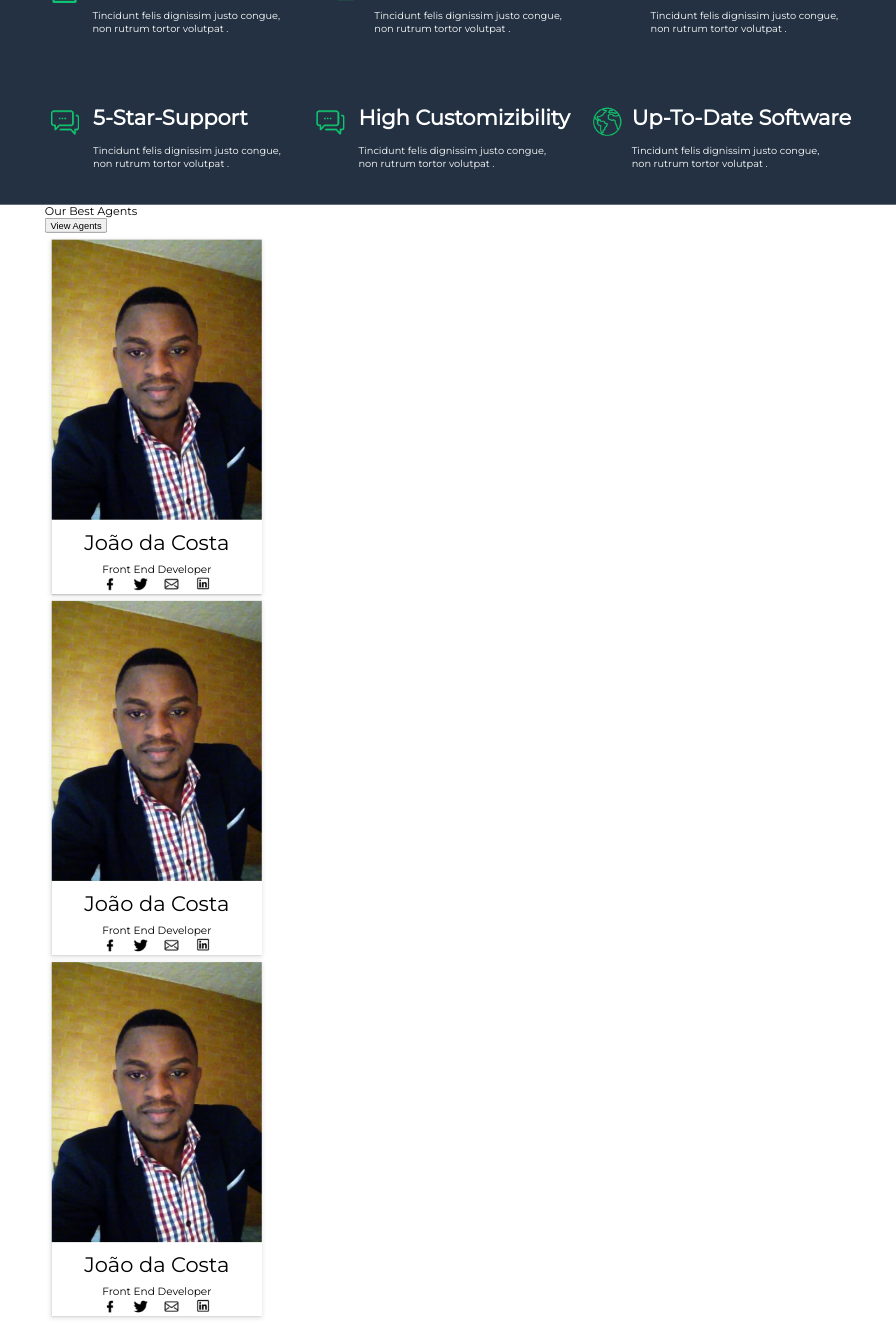
Repository: Yowani24/Real-Estate2
Page: index.html
These files come from the project's save history. The page is drawn as it stood at one moment and after the next save; the edit follows.
The browser window is 1280 px wide. The pictures show the part of the page from y = 1469 to 3389 px (the page is 3359 px tall before and 3389 px after), at 70% of full size.
Some web fonts or font styles are not loaded; a fallback is used.

Above is the page before, as saved 2021-08-27 15:20:06.

### index.html
<!DOCTYPE html>
<html lang="en">
<head>
    <meta charset="UTF-8">
    <meta http-equiv="X-UA-Compatible" content="IE=edge">
    <meta name="viewport" content="width=device-width, initial-scale=1.0">
    <title>Real State</title>
    <link rel="stylesheet" href="styles.css">

    <!-- ============FONT-FAMILY============== -->
    <link rel="preconnect" href="https://fonts.googleapis.com">
    <link rel="preconnect" href="https://fonts.gstatic.com" crossorigin>
    <link href="https://fonts.googleapis.com/css2?family=Montserrat&family=Rozha+One&display=swap" rel="stylesheet">

    <!-- ======================VUELS CDN=================== -->
    <script src="https://cdn.jsdelivr.net/npm/vue@2"></script>

</head>
<body>
    <Header>
        <div class="interface_wrapper header_wrapper">
            <div class="logo_box">
                <img src="/images/realLogo.png" alt="">
                <p><span>Real</span> Estate</p>
            </div>

            <div class="menu">
                <nav>
                    <ul>
                        <li><a href="#">Home</a></li>
                        <li><a href="#">About</a></li>
                        <li><a href="#">Agents</a></li>
                        <li><a href="#">Price</a></li>
                        <li><a href="#">Blog</a></li>
                    </ul>
                </nav>
            </div>
        </div>
    </Header>

    <section class="showcase_sec">
        <div class="interface_wrapper showcase">
            <p>Give Life For Your <br/>Dream <span>Home</span></p>
            <p>Always on the lookout for the hi-tech advancements.  Build not only a product that can sell well, but a platform through which to deliver it.</p>

            <div class="btns_box">
                <button>Read more</button>
                <button>Contact Us</button>
            </div>
        </div>
    </section>

    <section class="about_us_sec">
        <div class="interface_wrapper about_us">
            <p><span>About</span> Us</p>
            <p>A modern and unique style </p>

            <div id="app">
                <div v-for="item in items">
                    <img :src="item.ima" alt="">
                    <p>{{item.desc}}</p>
                </div>
            </div>
        </div>
    </section>

    <section class="services_sec">
        <div id="services" class="interface_wrapper services">
            <div class="services_box" v-for="item in items">
                <img :src="item.ima" alt="">
                <div>
                    <p>{{item.titulo}}</p>
                    <p>{{item.desc}}</p>
                </div>
            </div>
        </div>
    </section>

    <section class="best_agents_sec">
        <div class="interface_wrapper best_agents">
            <div id="bestAgents">
                <div>
                    <p>Our Best Agents</p>
                    <button>View Agents</button>
                </div>
                <div class="agents_box" v-for="item in items">
                    <div class="agents_image_box">
                        <img :src="item.ima" alt="">
                    </div>
                    <p>{{item.name}}</p>
                    <p>{{item.office}}</p>
                    <div class="agents_social">
                        <img src="/images/facebook.png" alt="">
                        <img src="/images/twitter.png" alt="">
                        <img src="/images/email.png" alt="">
                        <img src="/images/linkedin.png" alt="">
                    </div>
                </div>
            </div>
        </div>
    </section>



    <script>
        var app = new Vue({
            el: '#app',
            data: {
                items: [
                    {ima:'https://images.unsplash.com/photo-1583231684537-bd79dc887244?ixlib=rb-1.2.1&ixid=MnwxMjA3fDB8MHxwaG90by1yZWxhdGVkfDZ8fHxlbnwwfHx8fA%3D%3D&auto=format&fit=crop&w=500&q=60', desc:'Tomin Villa Denmarkd'},
                    {ima:'https://images.unsplash.com/photo-1613490493576-7fde63acd811?ixlib=rb-1.2.1&ixid=MnwxMjA3fDB8MHxwaG90by1yZWxhdGVkfDV8fHxlbnwwfHx8fA%3D%3D&auto=format&fit=crop&w=500&q=60', desc:'Financial Office Romania'},
                    {ima:'https://images.unsplash.com/photo-1416331108676-a22ccb276e35?ixlib=rb-1.2.1&ixid=MnwxMjA3fDB8MHxwaG90by1yZWxhdGVkfDJ8fHxlbnwwfHx8fA%3D%3D&auto=format&fit=crop&w=500&q=60', desc:'Cruzz Villa Spain'},
                ]
            }
        });

        var app = new Vue({
            el: '#services',
            data: {
                items: [
                    {ima:'/images/SEO_Ready_Code.png', titulo:'SEO Ready Code', desc:'Tincidunt felis dignissim justo congue, non rutrum tortor volutpat .'},
                    {ima:'/images/Fully_Responsive.png', titulo:'Fully Responsive', desc:'Tincidunt felis dignissim justo congue, non rutrum tortor volutpat .'},
                    {ima:'/images/Awesome_Features.png', titulo:'Awesome Features', desc:'Tincidunt felis dignissim justo congue, non rutrum tortor volutpat .'},
                    {ima:'/images/5-Star-Support.png', titulo:'5-Star-Support', desc:'Tincidunt felis dignissim justo congue, non rutrum tortor volutpat .'},
                    {ima:'/images/5-Star-Support.png', titulo:'High Customizibility', desc:'Tincidunt felis dignissim justo congue, non rutrum tortor volutpat .'},
                    {ima:'/images/Up-To-Date Software.png', titulo:'Up-To-Date Software', desc:'Tincidunt felis dignissim justo congue, non rutrum tortor volutpat .'},

                ]
            }
        });

        var app = new Vue({
            el: '#bestAgents',
            data: {
                items: [
                    {ima:'/images//www.jpg', name:'João da Costa', office:'Front End Developer'},
                    {ima:'/images//www.jpg', name:'João da Costa', office:'Front End Developer'},
                    {ima:'/images//www.jpg', name:'João da Costa', office:'Front End Developer'},


                ]
            }
        });

    </script>
</body>
</html>

### styles.css
*{
    margin: 0;
}

body{
    padding: 0;
    top: 0;
    left: 0;
    font-family: 'Montserrat', sans-serif;
}
.interface_wrapper{
    width: 90%;
    margin: 0 auto;
}

/* ======================HEADER======================= */
Header{
    background: rgb(23,34,47);
    color: #FFFFFF;
    padding: 10px 0;

}
.header_wrapper{
    display: flex;
    justify-content: space-between;
    align-items:center;
}
.logo_box{
    display: flex;
    align-items: center;
}
.logo_box p{
    font-size: 40px;
    font-weight: 400;
    font-family: 'Rozha One', serif;

}
.logo_box span{
    color: rgb(10, 199, 117);
}
Header .menu nav ul{
    display: flex;
    padding: 0;
}
Header .menu nav li{
    list-style: none;
    margin: 0 20px;
}
Header .menu nav a{
    text-decoration: none;
    color: #FFFFFF;
    font-size: 19px;

}

/* ======================SHOWCASE_SECTION======================= */
.showcase_sec{
    padding-top: 150px;
    padding-bottom: 100px;
    background-image: url('https://images.unsplash.com/photo-1544890603-cf0ce2d65561?ixlib=rb-1.2.1&ixid=MnwxMjA3fDB8MHxwaG90by1wYWdlfHx8fGVufDB8fHx8&auto=format&fit=crop&w=750&q=80');
    background-repeat: no-repeat;
    background-position: center;
    background-size: cover;
}
.showcase p:nth-child(1) {
    font-size: 85px;
    font-family: 'Rozha One', serif;
    width: 800px;
    border-left: 3px solid rgb(10, 199, 117);
    padding-left: 10px;
    line-height: 1;
    margin: 0 auto;
    color: #FFFFFF;

}
.showcase p:nth-child(1) span {
    color: rgb(10, 199, 117);
}

.showcase p:nth-child(2) {
    font-size: 16px;
    color: rgb(255, 255, 255);
    width: 650px;
    line-height: 2;
    margin-top: 75px;
}

.btns_box{
    margin-top: 40px;
}
.btns_box button {
    border: 2px solid rgb(10, 199, 117);
    padding: 0 45px;
    height: 55px;
    font-size: 16px;
    border-radius: 50px;
    font-weight: 500;
    color: #FFFFFF;
    line-height: 19px;
    cursor: pointer;
}

.btns_box button:nth-child(1) {
    background: rgb(10, 199, 117);
}
.showcase button:nth-child(2) {
    color:#FFFFFF;
    margin-left: 10px;
    background: none;
}


/* ======================ABOUT US======================= */
.about_us_sec{
    padding-bottom: 50px;
}
.about_us {
    display: flex;
    flex-direction: column;
}
.about_us p:nth-child(1) {
    font-size: 40px;
    border-left: 3px solid rgb(10, 199, 117);
    padding-left: 10px;
    margin: 0 auto;
    margin-top: 100px;
    margin-bottom: 10px;

}
.about_us p:nth-child(1) span {
    color: rgb(10, 199, 117);
}

.about_us p:nth-child(2) {
    font-size: 22px;
    font-style: italic;
    text-align: center;
    margin-bottom: 100px;
}

#app{
    display: flex;
    align-items: center;
    justify-content: space-between;
    width: 100%;
}
#app img{
    width: 200px;
    height: 200px;
    border-radius:100%;
}
#app p{
    text-align: center;
    font-size: 25px;
    width: 200px;
    margin: 0 auto;
    margin-top: 20px;
    font-style: normal;
}


/* ======================SERVICES======================= */

.services_sec{
    background: rgb(35, 49, 66);
    color: rgb(255, 255, 255);
}
.services{
    display: flex;
    flex-wrap: wrap;
    justify-content: space-between;
}
.services_box{
    display: flex;
    margin: 50px 0;
    align-items: flex-start;
}
.services_box img{
    margin-right: 10px;
}
.services_box p:nth-child(1){
    font-size: 30px;
    font-weight: bold;
}
.services_box p:nth-child(2){
    font-size: 14px;
    width: 280px;
    margin-top: 20px;
}



/* ======================OUR BEST AGENTS======================= */


.agents_box{
    width: 300px;
    box-shadow: rgba(60, 64, 67, 0.3) 0px 1px 2px 0px,
    rgba(60, 64, 67, 0.15) 0px 2px 6px 2px;
    margin: 10px;
    text-align: center;
}
.agents_box p:nth-child(2){
    font-size: 30px;
    font-weight: 500;
    margin: 10px 0;
}
.agents_box p:nth-child(3){
    font-size: 15px;
    font-weight: 500;
    margin: 0;
}
.agents_image_box{
    width: 100%;
}
.agents_image_box img{
    width: 100%;
}
.agents_social{
    text-align: center;
}
.agents_social img{
    margin: 0 10px;
}

After the next save:
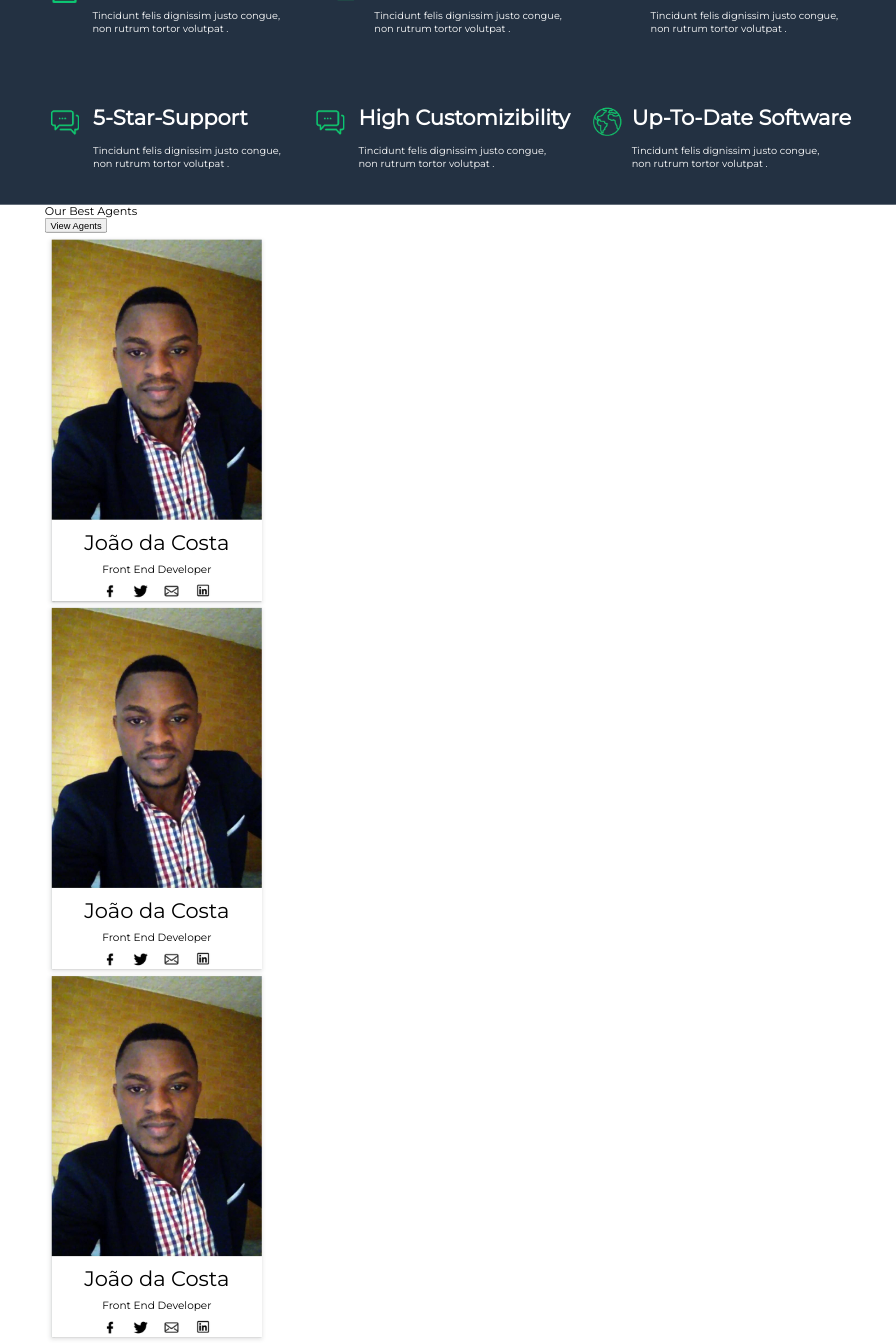
Saved 7 s later.
--- a/styles.css
+++ b/styles.css
@@ -208,7 +208,7 @@
 .agents_box p:nth-child(3){
     font-size: 15px;
     font-weight: 500;
-    margin: 0;
+    margin: 10px 0;
 }
 .agents_image_box{
     width: 100%;

After the save that followed:
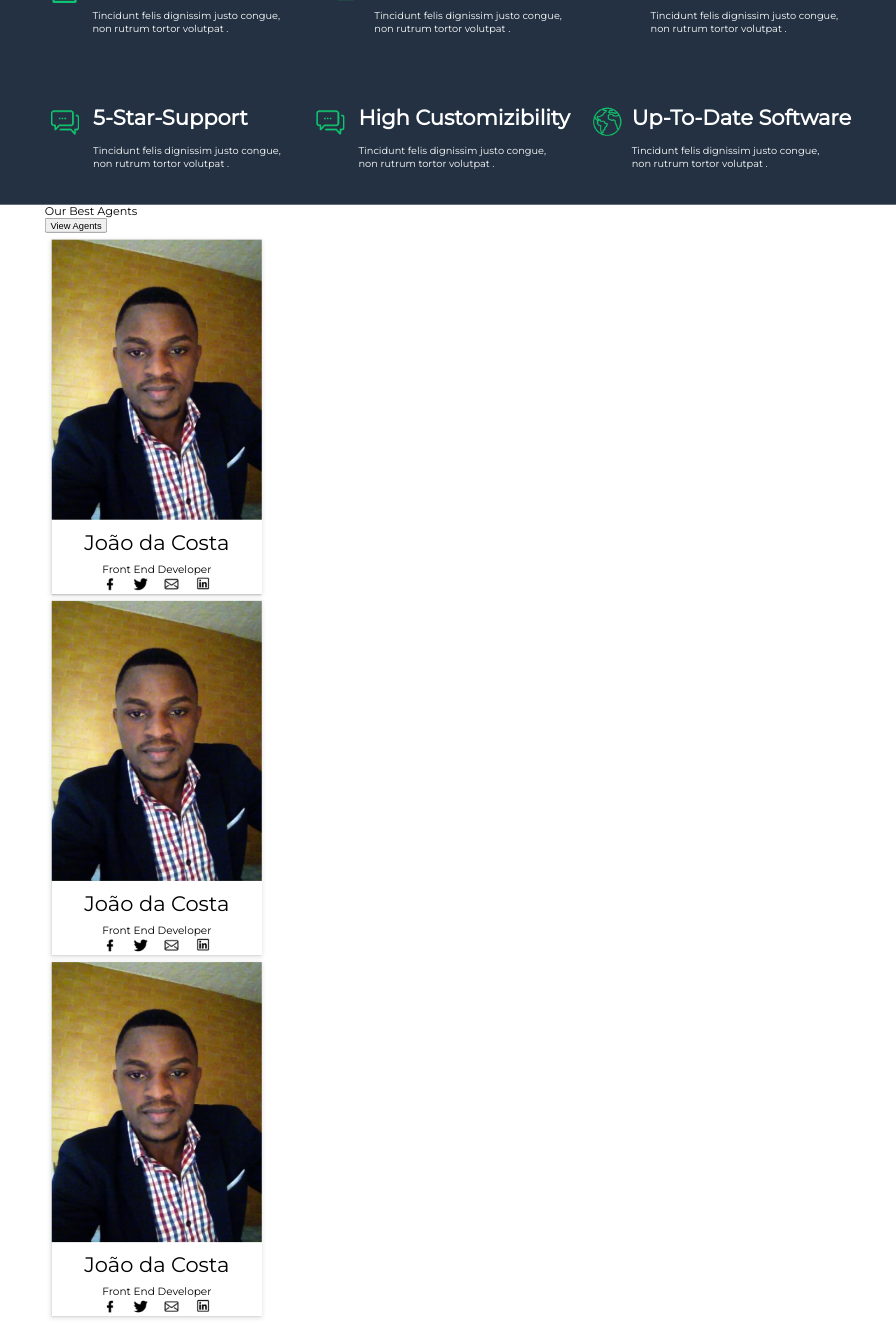
Saved 13 s later.
--- a/styles.css
+++ b/styles.css
@@ -208,7 +208,6 @@
 .agents_box p:nth-child(3){
     font-size: 15px;
     font-weight: 500;
-    margin: 10px 0;
 }
 .agents_image_box{
     width: 100%;
